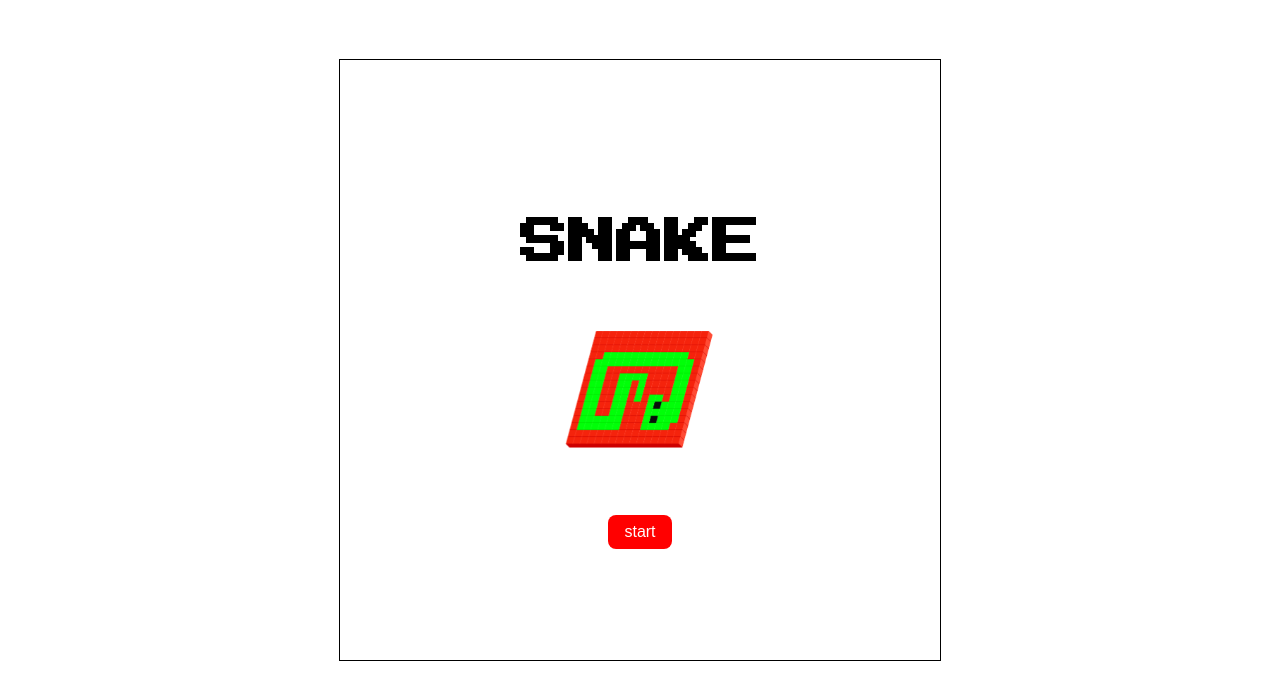
Repository: meills/react-snake
Page: /
These files come from the project's save history. The page is drawn as it stood at one moment and after the next save; the edit follows.
The browser window is 1280 px wide. The pictures show the whole page.
The project was rebuilt for these pictures with package versions that can differ from the ones it lists, and the page was loaded fresh each time. Also part of the build but not shown: src/components/Snakeboard.js, src/styles/App.css.

Above is the page before, as saved 2020-06-15 18:18:15.

After the next save:
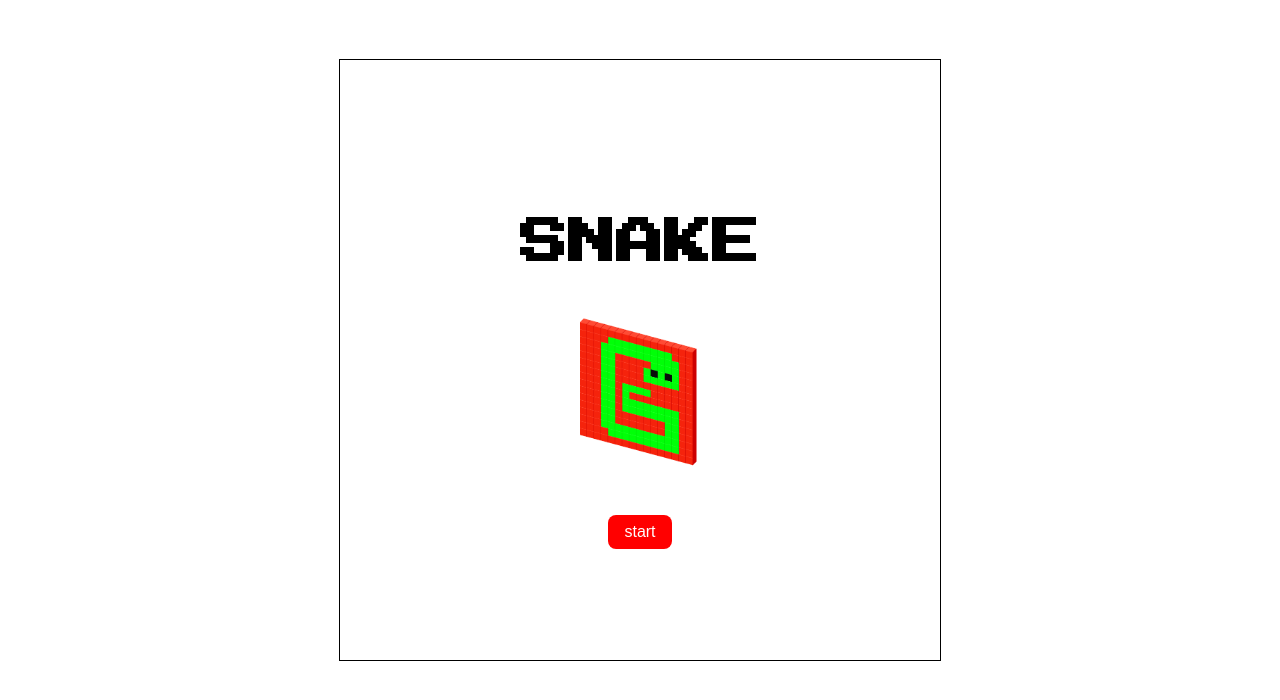
Saved 2 min 0 s later.
--- a/src/styles/snakeboard.css
+++ b/src/styles/snakeboard.css
@@ -28,13 +28,12 @@
 .snake-image {
     margin-bottom: 3em;
     max-width: 20%;
-    animation-name: spin;
-    animation-timing-function: linear;
-    animation-iteration-count: infinite;
-    animation-duration: 5s;
-    -webkit-animation:spin 4s linear infinite;
-    -moz-animation:spin 4s linear infinite;
-    animation:spin 4s linear infinite;
+    -webkit-transform-style: preserve-3d;
+    transform-style: preserve-3d;
+    -webkit-transform: rotateY(0);
+    transform: rotateY(0);
+    -webkit-animation: animate 3s linear infinite;
+    animation: animate 3s linear infinite;
 }
 
 @-webkit-keyframes spin { 100% { -webkit-transform: rotate(360deg); } }
